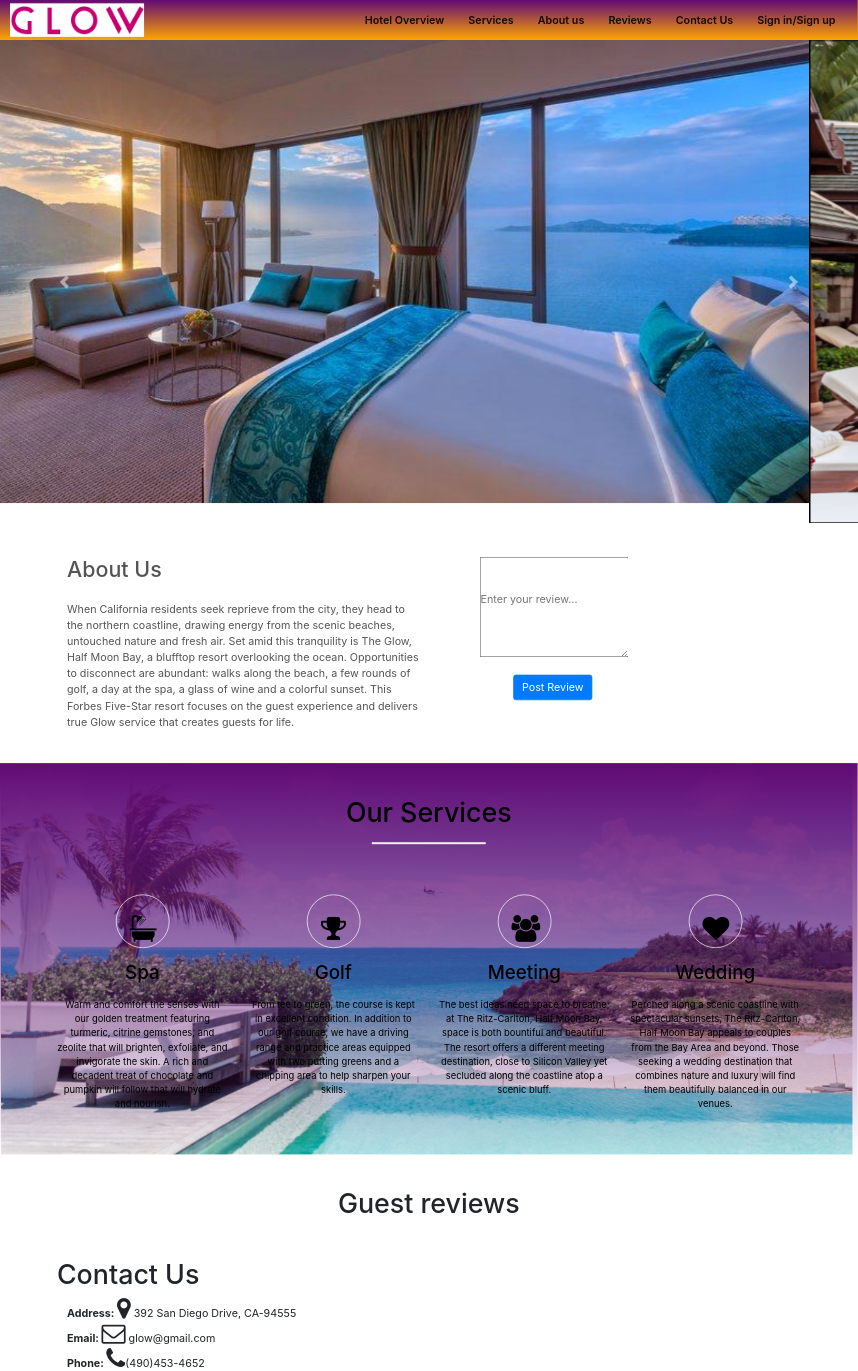
Repository: M-p1998/solo-dojo-project
Page: http://localhost/hotel/WEB-INF/hotel/home.jsp
The author's editor kept a copy of each file at every save. The page is drawn from the files as they stood at one save, then again after the next save.
The browser window is 1280 px wide. The pictures show the whole page, at 67% of full size.
Backgrounds fixed to the window are drawn as part of the page. Some web libraries are served in a nearby version. The page is served by Tomcat 9. Nobody is signed in. The template is opened directly, without the code that normally fills it, so the values that code supplies are empty.

Above is the page before, as saved 2022-02-13 18:53:18.

After the next save:
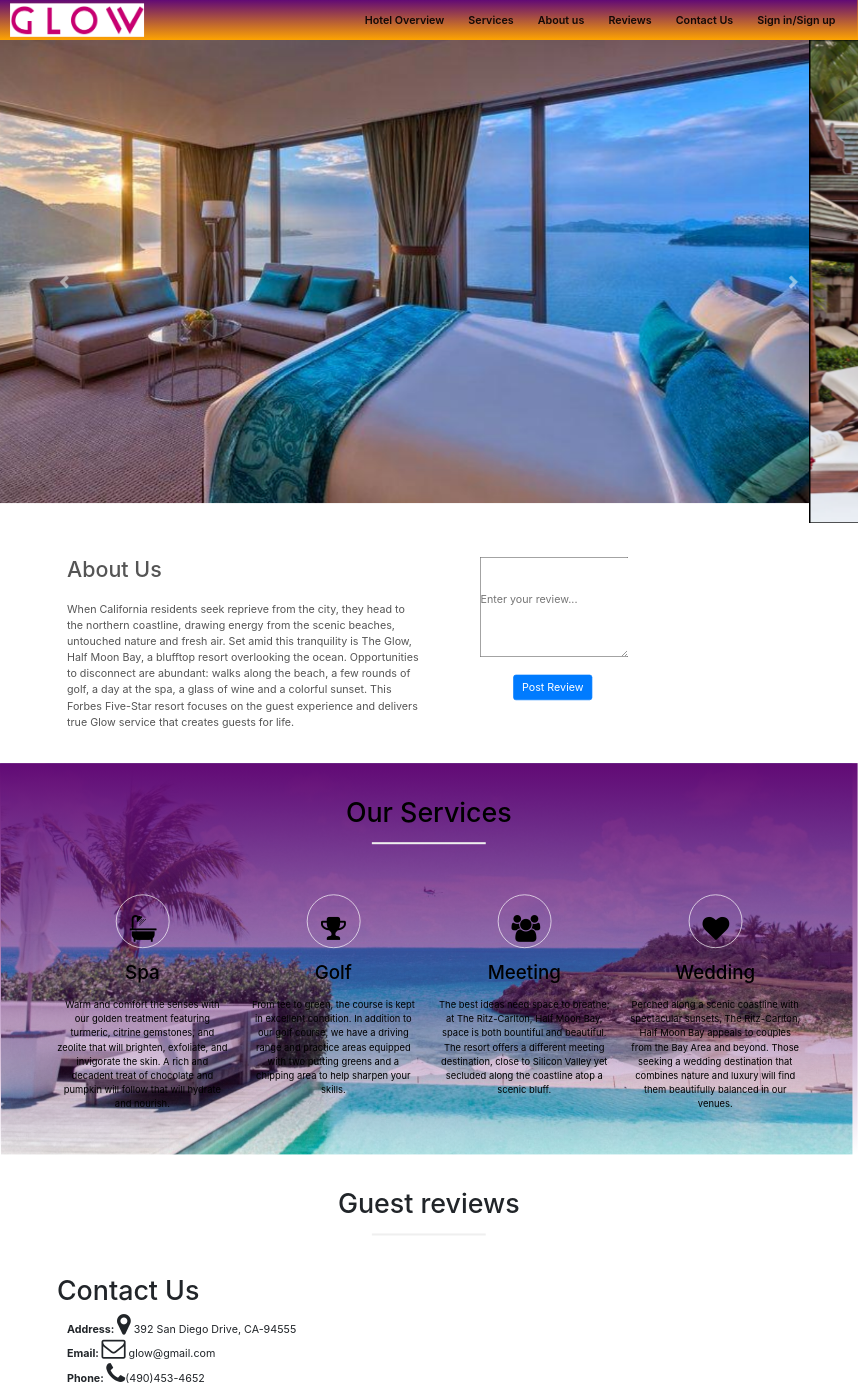
Saved 4 min 3 s later.
--- a/hotel/src/main/webapp/css/home.css
+++ b/hotel/src/main/webapp/css/home.css
@@ -127,6 +127,14 @@ body{
 	text-align: center;
 
 }
+#reviews h1::after{
+	content: '';
+	background: #efefef;
+	display: block;
+	height: 3px;
+	width: 170px;
+	margin: 20px auto 5px;
+}
 
 
 /* .skills-bar p{
